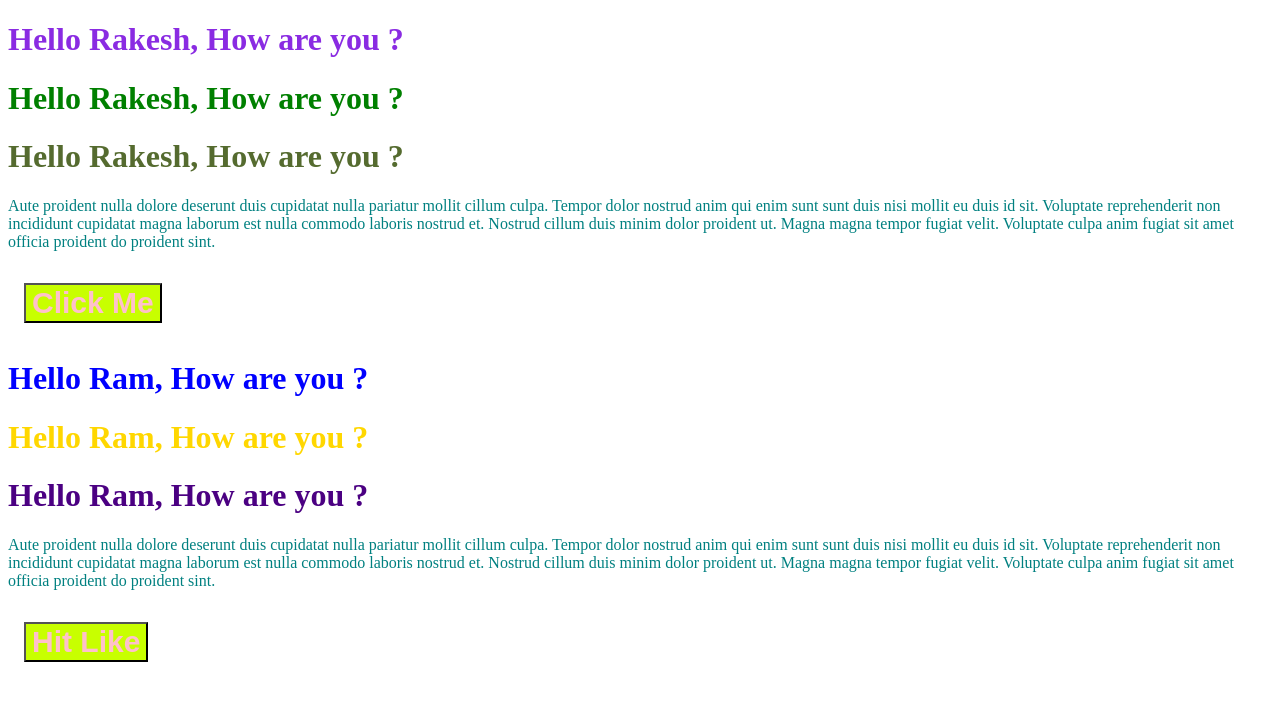
Repository: rakeshkolpepatil/CSS_Apana_College
Page: index.html
An editor plug-in stored every save of this project. The page is shown before and after the next save, followed by the edit.
The browser window is 1280 px wide. The pictures show the whole page.

Above is the page before, as saved 2023-06-21 19:04:52.

### index.html
<!DOCTYPE html>
<html lang="en">
<head>
  <meta charset="UTF-8">
  <meta name="viewport" content="width=device-width, initial-scale=1.0">
  <title>CSS Level 1</title>
  <link rel="stylesheet" href="style.css" >
  <style>
    /* h1{
      color:cornflowerblue
    } */
  </style>
</head>
<body>
  <h1 style="color:blueviolet"> Hello Rakesh, How are you ?</h1>
  <h1 style="color:green"> Hello Rakesh, How are you ?</h1>
  <h1> Hello Rakesh, How are you ?</h1>
  <p>
    Aute proident nulla dolore deserunt duis cupidatat nulla pariatur mollit cillum culpa. Tempor dolor nostrud anim qui enim sunt sunt duis nisi mollit eu duis id sit. Voluptate reprehenderit non incididunt cupidatat magna laborum est nulla commodo laboris nostrud et. Nostrud cillum duis minim dolor proident ut. Magna magna tempor fugiat velit. Voluptate culpa anim fugiat sit amet officia proident do proident sint.
  </p>
  <button> Click Me </button>

  <h1 id="heading1" > Hello Ram, How are you ? </h1>
  <h1 id="heading2"> Hello Ram, How are you ? </h1>
  <h1 id="heading3"> Hello Ram, How are you ? </h1>
  <p>
    Aute proident nulla dolore deserunt duis cupidatat nulla pariatur mollit cillum culpa. Tempor dolor nostrud anim qui enim sunt sunt duis nisi mollit eu duis id sit. Voluptate reprehenderit non incididunt cupidatat magna laborum est nulla commodo laboris nostrud et. Nostrud cillum duis minim dolor proident ut. Magna magna tempor fugiat velit. Voluptate culpa anim fugiat sit amet officia proident do proident sint.
  </p>
  <button> Hit Like </button>

</body>
</html>

### style.css
h1{
  color:darkolivegreen
}
p{
  /* color:blueviolet */
  color:teal
}
button{
  color:pink;
  font-size: 30px;
  font-weight: 600;
  /* background-color: green; */
  background-color: rgb(200,255,0);
  /* padding: 1rem; */
  margin: 1rem;
}

#heading1{
  color:blue
}

#heading2{
  color:gold
}

#heading3{
  color:indigo
}

After the next save:
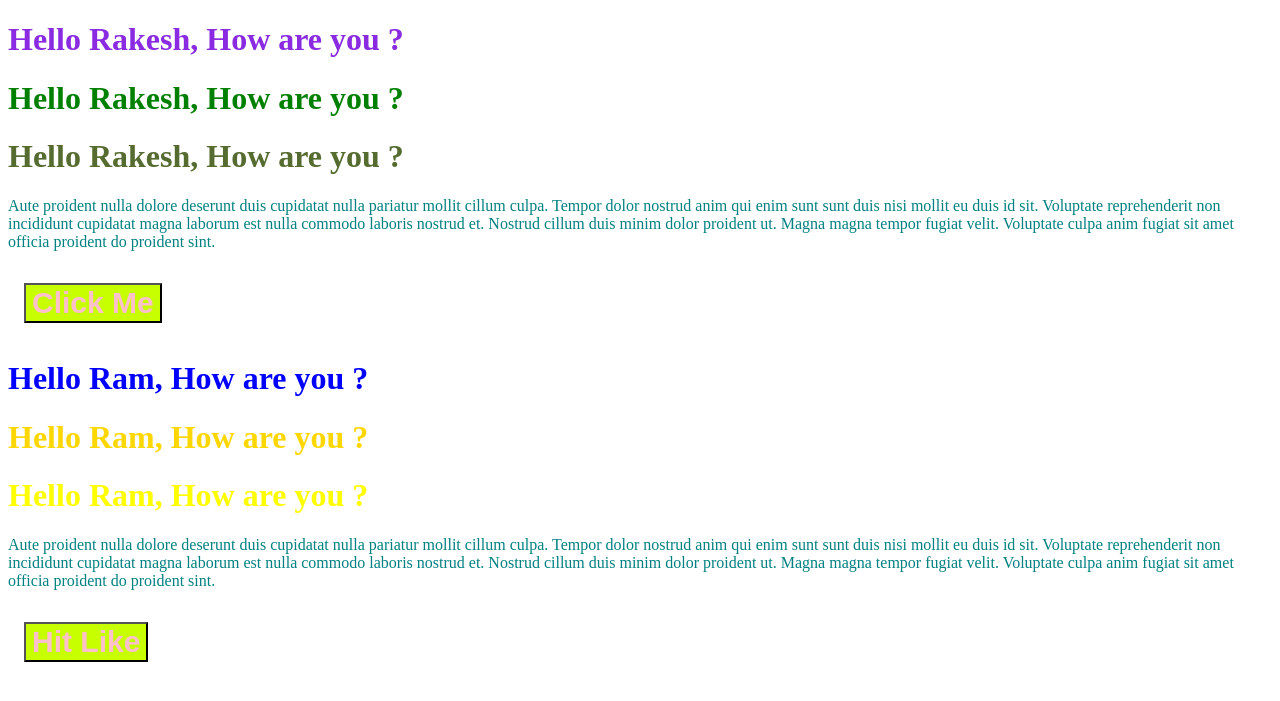
Saved 26 s later.
--- a/style.css
+++ b/style.css
@@ -24,5 +24,5 @@ button{
 }
 
 #heading3{
-  color:indigo
+  color:#ffff00
 }
